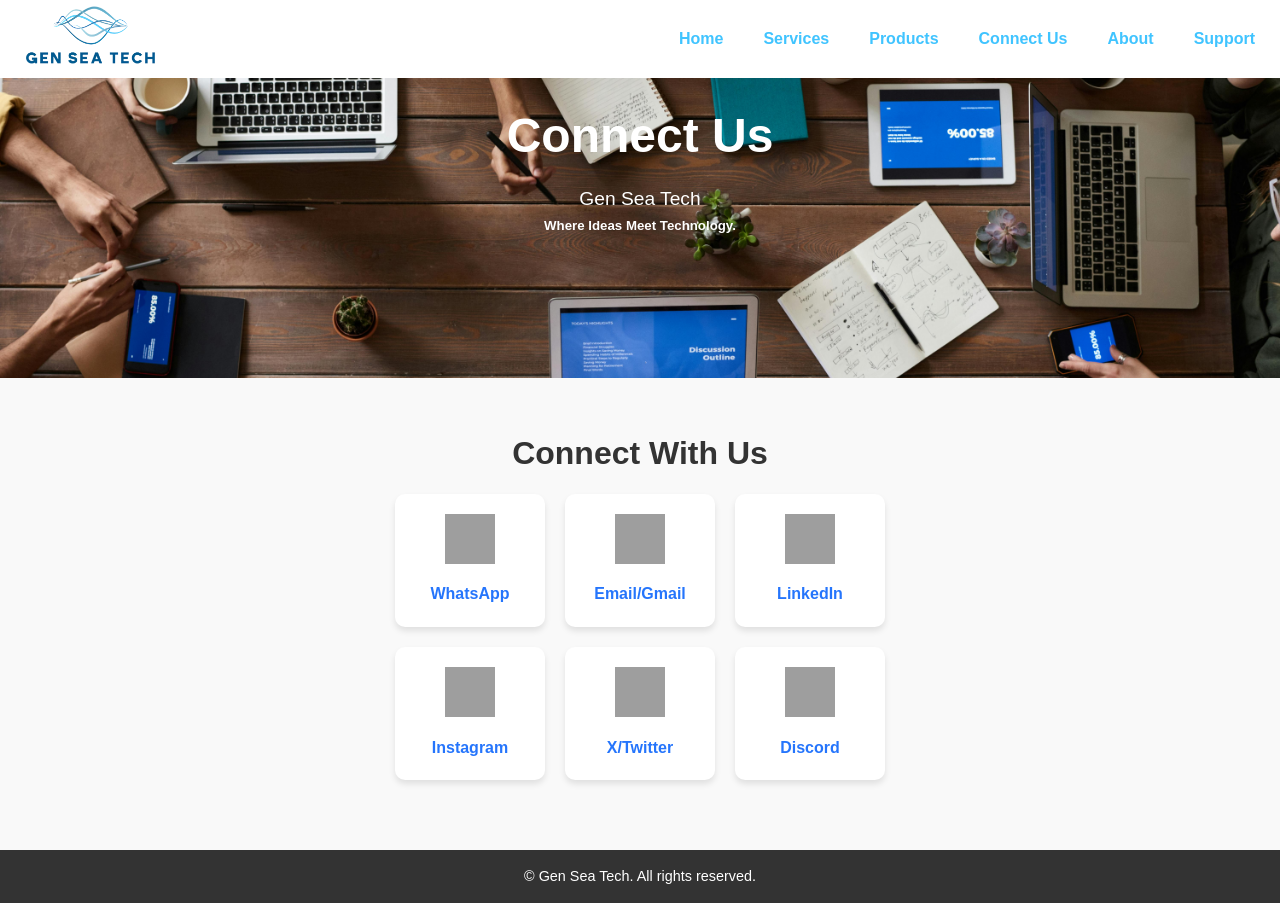
Repository: aniketkhatawkar/Gen_Sea_Tech
Page: http://localhost/GenSeaTech/connectus.jsp
These files come from the project's save history. The page is drawn as it stood at one moment and after the next save; the edit follows.
The browser window is 1280 px wide. The pictures show the whole page.
Pictures or frames that could not be fetched are drawn as grey boxes. The page is served by Tomcat 10. Other server files are loaded and not shown.

Above is the page before, as saved 2024-12-14 09:02:03.

### GenSeaTech/src/main/webapp/connectus.jsp
<!DOCTYPE html>
<html lang="en">
<head>
<meta charset="UTF-8">
<meta name="viewport" content="width=device-width, initial-scale=1.0">
<title>Connect Us</title>
<link rel="icon" href="assets/logo.png" type="image/png" >
<style>
    * {
        margin: 0;
        padding: 0;
        box-sizing: border-box;
        font-family: 'Arial', sans-serif;
    }

    body {
        background-color: #f5f5f5;
        color: #333;
        overflow-x: hidden;
    }

header {
    background:  url("assets/Internships2.jpg") no-repeat center center;
    background-size: cover;
    color: white;
    padding: 20px 10px;
    text-align: center;
    height: 300px; /* Adjust height as needed */
}

    header h1 {
        font-size: 3rem;
        margin-bottom: 10px;
    }

    header p {
        font-size: 1.2rem;
    }

    .connect-section {
        background: #f9f9f9;
        padding: 50px 20px;
        text-align: center;
    }

    .connect-section h2 {
        font-size: 2rem;
        margin-bottom: 15px;
        color: #333;
    }

    .connect-links {
        display: flex;
        flex-wrap: wrap;
        justify-content: center;
        margin-bottom: 20px;
        margin-up: 20px;
        gap: 20px;
    }

    .connect-card {
	    background: white;
	    border-radius: 10px;
	    box-shadow: 0 4px 6px rgba(0, 0, 0, 0.1);
	    padding: 20px;
	    text-align: center;
	    width: 150px;
	    transition: transform 0.3s ease, box-shadow 0.3s ease;
	    text-decoration: none; /* Removes underline from links */
	    color: #333; /* Default text color */
	    display: block; /* Makes the link behave as a block element */
	}

	.connect-card:hover {
	    transform: translateY(-10px);
	    box-shadow: 0 8px 12px rgba(0, 0, 0, 0.2);
	}

	.connect-card img {
	    width: 50px;
	    height: 50px;
	    margin-bottom: 10px;
	}

	.connect-card span {
	    font-weight: bold;
	    color: #2575fc;
	    text-align: center;
	}

    @media (max-width: 768px) {
        header h1 {
            font-size: 2.5rem;
        }

        .about-card, .connect-card {
            width: 100%;
            max-width: 400px;
        }
    }
</style>
</head>
<body>
	<!-- NavBar -->
	<%@ include file="navbar.jsp" %>

    <header>
        <h1>Connect Us</h1>
        <p>Gen Sea Tech</p>
        <h5>Where Ideas Meet Technology.</h5>
    </header>

    <section class="connect-section">
        <h2>Connect With Us</h2>
        <div class="connect-links">
		    <a href="https://wa.me/9325156075" target="_blank" class="connect-card">
		        <img src="https://img.icons8.com/?size=100&id=bbCdIvHZ3OjJ&format=png&color=000000" alt="WhatsApp">
		        <span>WhatsApp</span>
		    </a>
		    <a href="mailto:your-email@example.com" class="connect-card">
		        <img src="https://img.icons8.com/?size=100&id=19408&format=png&color=000000" alt="Email">
		        <span>Email/Gmail</span>
		    </a>
		    <a href="https://linkedin.com/in/your-profile" target="_blank" class="connect-card">
		        <img src="https://img.icons8.com/?size=100&id=xuvGCOXi8Wyg&format=png&color=000000" alt="LinkedIn">
		        <span>LinkedIn</span>
		    </a>
		</div>
		<div class="connect-links">
		    <a href="https://instagram.com/your-profile" target="_blank" class="connect-card">
		        <img src="https://img.icons8.com/?size=100&id=YtpeVQhQ8USm&format=png&color=000000" alt="Instagram">
		        <span>Instagram</span>
		    </a>
		    <a href="https://instagram.com/your-profile" target="_blank" class="connect-card">
		        <img src="https://img.icons8.com/?size=80&id=phOKFKYpe00C&format=png&color=000000" alt="X">
		        <span>X/Twitter</span>
		    </a>
		    <a href="https://discord.gg/your-invite" target="_blank" class="connect-card">
		        <img src="https://img.icons8.com/?size=100&id=D2NqKl85S8Ye&format=png&color=000000" alt="Discord">
		        <span>Discord</span>
		    </a>
		</div>
    </section>

	<!-- Footer -->
    <%@ include file="footer.jsp" %>
</body>
</html>

### GenSeaTech/src/main/webapp/navbar.jsp
<%@ page language="java" contentType="text/html; charset=UTF-8"
    pageEncoding="UTF-8"%>
<!DOCTYPE html>
<html>
<head>
<meta charset="UTF-8">
<title>Gen Sea Tech</title>
<link rel="icon" href="assets/logo.png" type="image/png" >
<style>
* {
	margin: 0;
	padding: 0;
	box-sizing: border-box;
	font-family: Arial, sans-serif;
}

body {
	line-height: 1.6;
}
.navbar {
	background-color: #ffffff;
	color: #fff;
	padding: 5px 5px;
	display: flex;
	justify-content: space-between;
	align-items: center;
	position: relative;
}

.navbar a {
	color: #40c4ff;
	text-decoration: none;
	margin: 0 20px;
	font-weight: bold;
}

.navbar a:hover {
	color: #757575;
}

.links {
	display: flex;
}
@media (max-width: 768px) {
	.links {
		display: none;
		flex-direction: column;
		background-color: #333;
		position: absolute;
		top: 50px;
		right: 10px;
		width: 200px;
		border-radius: 5px;
		box-shadow: 0px 4px 6px rgba(0, 0, 0, 0.1);
	}

	.links a {
		margin: 10px 0;
		text-align: center;
	}

	.hamburger {
		display: flex;
	}

	.links.active {
		display: flex;
	}
}
</style>
</head>
<body>
	<div class="navbar">
		<div class="logo">
        <a href="home.jsp"><img src="assets/namelogo.png" alt="Gen Sea Tech Logo" style="height: 60px; margin-right: 10px;"></a>
    	</div>
		<div class="links">
			<a href="home.jsp">Home</a>
			<a href="services.jsp">Services</a>
			<a href="products.jsp">Products</a>
			<a href="connectus.jsp">Connect Us</a>
			<a href="about.jsp">About</a>
			<a href="#support.jsp">Support</a>
		</div>
	</div>
</body>
</html>

### GenSeaTech/src/main/webapp/footer.jsp
<%@ page language="java" contentType="text/html; charset=UTF-8"
    pageEncoding="UTF-8"%>
<!DOCTYPE html>
<html>

<head>

<style>
	footer {
        background-color: #333;
        color: white;
        text-align: center;
        padding: 15px;
        margin-top: 0px;
    }

    footer p {
        font-size: 0.9rem;
    }
</style>

	<meta charset="UTF-8">
	<title>Footer</title>
</head>

<body>
	<footer>
        <p>&copy; Gen Sea Tech. All rights reserved.</p>
    </footer>
</body>

</html>

After the next save:
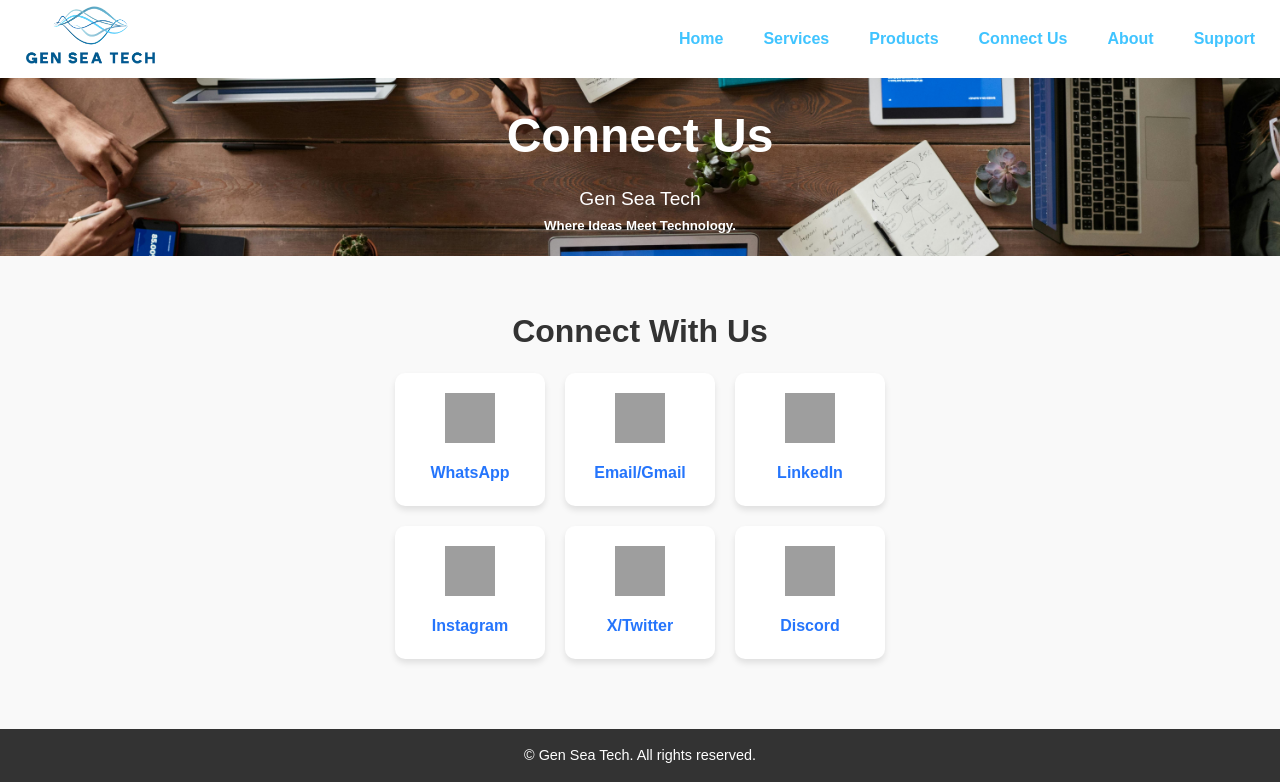
Saved 60 s later.
--- a/GenSeaTech/src/main/webapp/connectus.jsp
+++ b/GenSeaTech/src/main/webapp/connectus.jsp
@@ -25,7 +25,6 @@ header {
     color: white;
     padding: 20px 10px;
     text-align: center;
-    height: 300px; /* Adjust height as needed */
 }
 
     header h1 {
